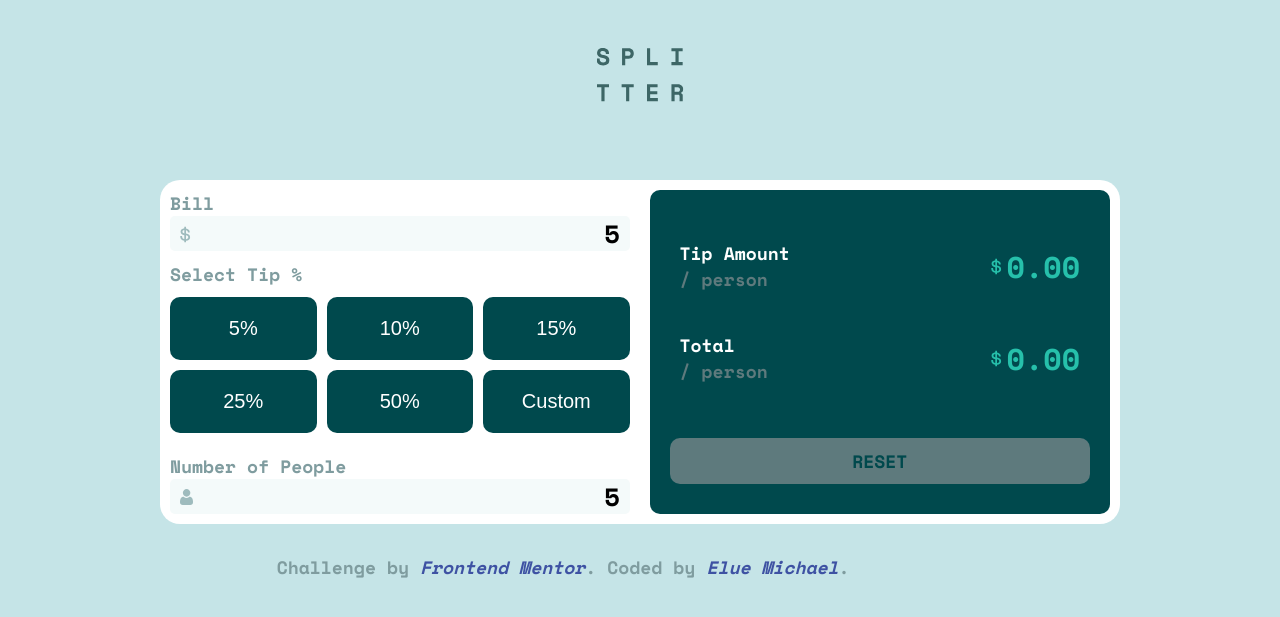
Repository: MeekyBerry/Frontend-Mentor-Challenges
Page: tip-calculator-app/index.html
The author's editor kept a copy of each file at every save. The page is drawn from the files as they stood at one save, then again after the next save.
The browser window is 1280 px wide. The pictures show the whole page.
Empty fields were first filled with sample values (such as "Sample", 5 or name@example.com).
After loading, the first visible `#bill` was changed once.

Above is the page before, as saved 2023-03-28 06:05:26.

After the next save:
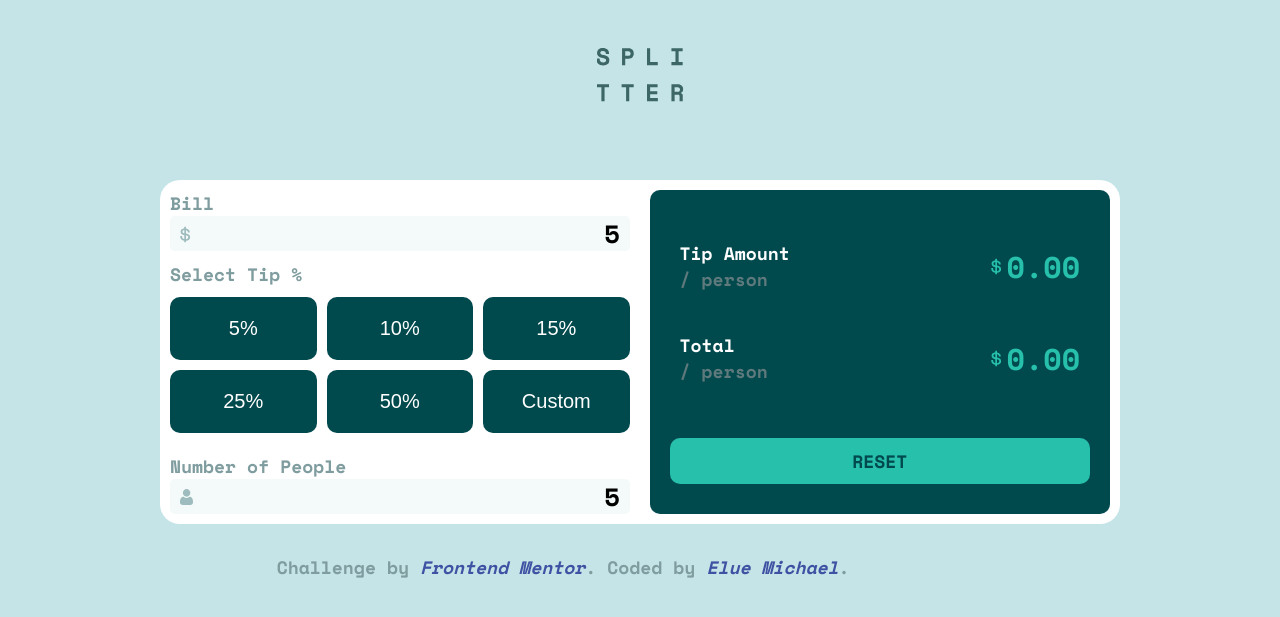
Saved 17 s later.
--- a/tip-calculator-app/script.js
+++ b/tip-calculator-app/script.js
@@ -99,7 +99,7 @@ resetButton.addEventListener('click', () => {
 // };
 
 const validateInputs = () => {
-    if (billInput.value.trim() === "" || peopleInput.value.trim() === ""){
+    if (!billInput.value.trim() === "" || !peopleInput.value.trim() === ""){
       resetButton.disabled = true;
       resetButton.style.backgroundColor = 'hsl(186, 14%, 43%)';
     } else {
